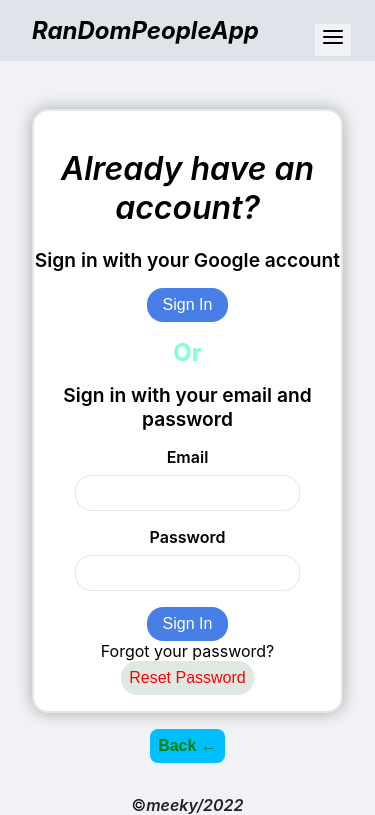
Repository: MikkyPrestige/RandomProfiles
Page: /profileDisplay
These files come from the project's save history. The page is drawn as it stood at one moment and after the next save; the edit follows.
The browser window is 375 px wide. The pictures show the whole page.
The project was rebuilt for these pictures with package versions that can differ from the ones it lists, and the page was loaded fresh each time. Also part of the build but not shown: src/assets/styles/home.css, src/components/home.jsx, src/assets/styles/users.css, src/components/users.jsx, src/assets/styles/search.css, src/components/search.jsx, src/assets/styles/help.css, src/components/help.jsx and 9 more.

Above is the page before, as saved 2022-12-07 02:39:58.

After the next save:
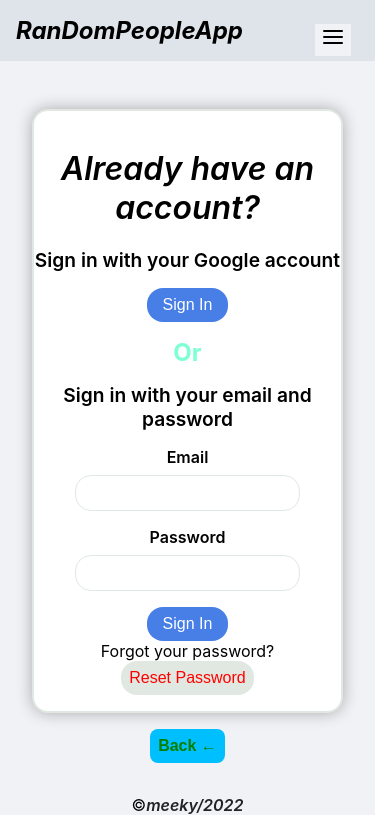
Saved 92 s later.
--- a/src/assets/styles/layout.css
+++ b/src/assets/styles/layout.css
@@ -104,6 +104,7 @@
 @media screen and (max-width: 500px) {
   .layout__header--title {
     font-size: 1.5rem;
+    padding-left: 1rem;
   }
 }
 
